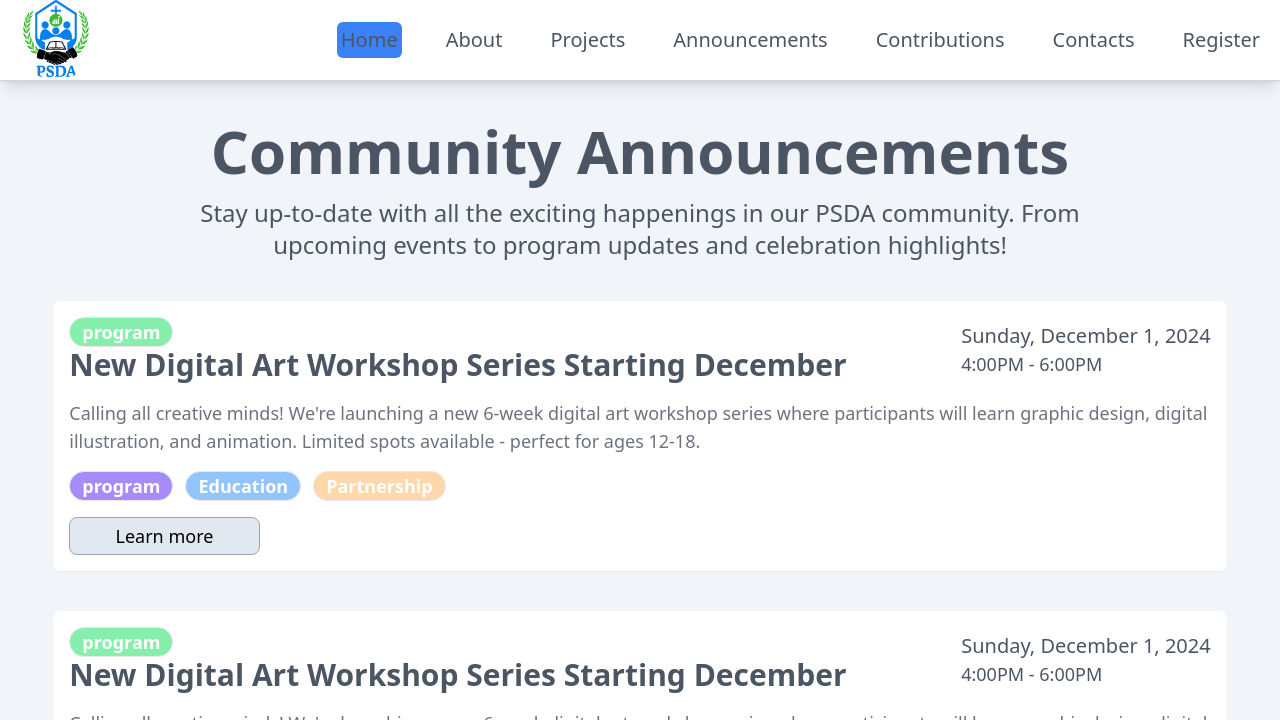
Repository: Zedestar/psda
Page: /announcements
These files come from the project's save history. The page is drawn as it stood at one moment and after the next save; the edit follows.
The browser window is 1280 px wide. The pictures show the whole page.
An inner scrolling area shows only its first screen. The project was rebuilt for these pictures with package versions that can differ from the ones it lists, and the page was loaded fresh each time. Also part of the build but not shown: src/components/cards/primary-card.jsx, src/components/cards/two-lines-card.jsx, src/components/homepic/index.jsx, src/pages/home/what-we-do.js, src/pages/home/home.jsx, src/components/cards/leaders-card.jsx, src/components/cards/secondary-card.jsx, src/pages/about/about-us-data.js and 13 more.

Above is the page before, as saved 2025-07-21 20:03:01.

### public/index.html
<!DOCTYPE html>
<html lang="en">
  <head>
    <meta charset="utf-8" />
    <link rel="icon" href="%PUBLIC_URL%/favicon.ico" />
    <meta name="viewport" content="width=device-width, initial-scale=1" />
    <meta name="theme-color" content="#000000" />
    <meta
      name="description"
      content="Web site created using create-react-app"
    />
    <!-- <link rel="apple-touch-icon" href="%PUBLIC_URL%/psdaImage.png" /> -->
    <!-- <link rel="manifest" href="%PUBLIC_URL%/manifest.json" /> -->

    <title>psda</title>
  </head>
  <body>
    <noscript>You need to enable JavaScript to run this app.</noscript>
    <div id="root"></div>

  </body>
</html>

### src/index.js
import React from "react";
import ReactDOM from "react-dom/client";
import App from "./App";
import "./index.css";
import { BrowserRouter } from "react-router-dom";

const root = ReactDOM.createRoot(document.getElementById("root"));
root.render(
  <BrowserRouter>
    <React.StrictMode>
      <App />
    </React.StrictMode>
  </BrowserRouter>
);

### src/App.js
import { Route, Routes } from "react-router-dom";
import Header from "./components/header/header";
import Home from "./pages/home/home";
import AboutPage from "./pages/about/about";
import Projects from "./pages/projects/projects";
import Announcements from "./pages/announcements/announcements";
import Contributions from "./pages/contirbutions/contributions";
import Contacts from "./pages/contacts/contacts";
import Register from "./pages/register/register.jsx";

function App() {
  return (
    <div className="flex flex-col items-center flex-center h-screen  bg-slate-100">
      <Header />
      <Routes>
        <Route path="/" element={<Home />} />
        <Route path="/about" element={<AboutPage />} />
        <Route path="/projects" element={<Projects />} />
        <Route path="/announcements" element={<Announcements />} />
        <Route path="/contributions" element={<Contributions />} />
        <Route path="/contact" element={<Contacts />} />
        <Route path="/register" element={<Register />} />
      </Routes>
    </div>
  );
}

export default App;

### src/components/header/header.jsx
import { useState } from "react";
import headerData from "./header-data";
import HeaderItem from "./header-item";
import psdaImage from "../../assets/images/psdaImage.png";

function Header() {
  const [active, setActive] = useState(1);
  return (
    <div className="w-full flex justify-center shadow-lg bg-white">
      <header className="w-full flex items-center justify-between px-4  border-b border-b-gray-300 max-w-screen-2xl">
        <div className="text-3xl rounded-full overflow-hidden">
          <img className="h-20 w-20" src={psdaImage} alt="" />
        </div>{" "}
        <ul className="hidden lg:flex justify-center py-5 space-x-10 flex-center">
          {headerData.map((item) => (
            <HeaderItem
              key={item.id}
              item={item}
              active={active}
              setActive={setActive}
            />
          ))}
        </ul>
        <ul className="lg:hidden">
          <li>miaaa</li>
          <li>miaaa</li>
          <li>miaaa</li>
          <li>miaaa</li>
          <li>miaaa</li>
        </ul>
      </header>
    </div>
  );
}

export default Header;

### src/pages/announcements/announcements.jsx
import Container from "../../components/container";
import MinContainer from "../../components/min-container/min-container.jsx";
import MinContianerInsideContent from "../../components/min-container/min-container-inside-content.jsx";
import announcements_face_card_data from "./announcemntes.-face-card-data.js";
import stay_updated_content_data from "./stay-updated-content-data.js";
import FaceCard from "../../components/cards/face-card";
import FullRoundedButton from "../../components/button/full-rounded-button.jsx";
import AnnouncementCard from "../../components/cards/announcement-card.jsx";

function Announcements() {
  return (
    <Container>
      {announcements_face_card_data.map((item) => (
        <FaceCard item={item} />
      ))}
      <AnnouncementCard />
      <AnnouncementCard />
      <AnnouncementCard />
      <AnnouncementCard />
      <MinContainer>
        {stay_updated_content_data.map((item) => (
          <FaceCard item={item} />
        ))}
        <MinContianerInsideContent>
          <form className="flex">
            <input
              className="rounded-full border-2 border-gray-400 text-xl flex items-center justify-center active:border-blue-400 "
              placeholder="Enter your email"
            />
            <FullRoundedButton text={"Subscribe"} />
          </form>
        </MinContianerInsideContent>
      </MinContainer>
    </Container>
  );
}

export default Announcements;

### src/components/header/header-data.js
const headerData = [
  {
    id: 1,
    content: "Home",
    link: "/",
  },
  {
    id: 2,
    content: "About",
    link: "/about",
  },
  {
    id: 3,
    content: "Projects",
    link: "/projects",
  },
  {
    id: 4,
    content: "Announcements",
    link: "/announcements",
  },
  {
    id: 5,
    content: "Contributions",
    link: "/contributions",
  },
  {
    id: 6,
    content: "Contacts",
    link: "/contact",
  },
  {
    id: 7,
    content: "Register",
    link: "/register",
  },
];

export default headerData;

### src/components/header/header-item.jsx
import { Link } from "react-router-dom";

function HeaderItem({ item, active, setActive }) {
  console.log(active);
  return (
    <li
      className={`p-1 rounded-md text-xl text-gray-600 font-gray-100 hover:bg-gray-200 transition cursor-pointer ${
        item.id === active ? "bg-blue-500" : ""
      }`}
      onClick={() => setActive(item.id)}
    >
      <Link to={item.link}>{item.content}</Link>
    </li>
  );
}

export default HeaderItem;

### src/pages/home/psda-highlights.js
import {
  FaUsers,
  FaPalette,
  FaLaptopCode,
  //   GiProgression,
  FaChild,
} from "react-icons/fa";

const psdaHighlights = [
  {
    id: 1,
    title: "Community Building",
    content:
      "We connect young people to form lasting friendships and supportive peer networks that strengthen communities.",
    icon: <FaUsers className="text-4xl text-blue-400" />,
    color: "bg-blue-50",
    text_color: "text-gray-500",
  },
  {
    id: 2,
    title: "Creative Projects",
    content:
      "Our programs encourage hands-on learning through art, technology, and community improvement initiatives.",
    icon: <FaPalette className="text-4xl text-blue-400" />,
    color: "bg-blue-50",
    text_color: "text-gray-500",
  },
  {
    id: 3,
    title: "Character Development",
    content:
      "We help children build confidence, leadership skills, and positive values that prepare them for life’s challenges.",
    icon: <FaLaptopCode className="text-4xl text-blue-400" />,
    color: "bg-blue-50",
    text_color: "text-gray-500",
  },
  {
    id: 4,
    title: "Achievement Recognition",
    content:
      "We celebrate every milestone and accomplishment to inspire pride, motivation, and continued growth.",
    icon: <FaChild className="text-4xl text-blue-400" />,
    color: "bg-blue-50",
    text_color: "text-gray-500",
  },
];

export default psdaHighlights;

### src/components/button/full-rounded-button.jsx
function FullRoundedButton({ text, bgColor, textColor, onClick }) {
  return (
    <button
      className={`${bgColor} p-4 mx-4 ${textColor} text-2xl border border-gray-50 rounded-full hover:scale-105 transition duration:300`}
      onClick={onClick}
    >
      {text}{" "}
    </button>
  );
}

export default FullRoundedButton;

### src/components/cards/face-card.jsx
function FaceCard({ item }) {
  return (
    <div className="space-y-4 flex flex-col items-center justify-center">
      <p className="text-6xl w-[80%] font-bold text-gray-600 text-center">
        {item.title}
      </p>
      <p className="text-2xl w-[70%] text-center text-gray-600">
        {item.description}
      </p>
    </div>
  );
}

export default FaceCard;

### src/components/container/index.jsx
function Container({ children }) {
  return (
    <div className="w-full h-full flex justify-center overflow-x-scroll">
      <div className="w-full h-full py-10 space-y-10 max-w-screen-2xl flex flex-col items-center">
        {children}
      </div>
    </div>
  );
}

export default Container;

### src/pages/about/core-objective-goals-data.js
import {
  AiOutlineTeam,
  AiOutlineBulb,
  AiOutlineTool,
  AiOutlineStar,
  AiOutlineGift,
} from "react-icons/ai";

const core_objectives_data = [
  {
    id: 1,
    title: "Fellowship and Networking",
    content:
      "To foster strong, lasting relationships among pastors' children by encouraging unity, love, and mutual support within the community.",
    icon: <AiOutlineTeam className="text-4xl text-teal-500" />,
    color: "bg-teal-50",
    text_color: "text-teal-500",
  },
  {
    id: 2,
    title: "Opportunity Awareness",
    content:
      "To actively seek out and share opportunities for growth, development, and advancement—both spiritually and economically.",
    icon: <AiOutlineBulb className="text-4xl text-purple-500" />,
    color: "bg-purple-50",
    text_color: "text-purple-500",
  },
  {
    id: 3,
    title: "Problem Solving",
    content:
      "To openly discuss and confront common challenges we face as a community, and work hand in hand to find sustainable solutions.",
    icon: <AiOutlineTool className="text-4xl text-yellow-500" />,
    color: "bg-yellow-50",
    text_color: "text-yellow-500",
  },
  {
    id: 4,
    title: "Talent Discovery & Development",
    content:
      "To identify, nurture, and empower the God-given talents within us, enabling every member to reach their full potential.",
    icon: <AiOutlineStar className="text-4xl text-pink-500" />,
    color: "bg-pink-50",
    text_color: "text-pink-500",
  },
  {
    id: 5,
    title: "Support for Our Parents",
    content:
      "To express gratitude and honor our pastoral parents by supporting them in practical ways—spiritually, emotionally, and materially.",
    icon: <AiOutlineGift className="text-4xl text-red-500" />,
    color: "bg-red-50",
    text_color: "text-red-500",
  },
];

export default core_objectives_data;

### src/pages/about/mission-vission-impact.js
import { AiOutlineAim, AiOutlineEye, AiOutlineHeart } from "react-icons/ai";

const mission_vission_impact_data = [
  {
    id: 1,
    title: "Our mission",
    content:
      "We envision a generation of spiritually grounded, socially responsible, and purpose-driven leaders from pastoral families who carry forward a legacy of faith, compassion, and community influence.",

    icon: <AiOutlineAim className="text-4xl text-green-500" />,
    color: "bg-green-50",
    text_color: "text-green-500",
  },
  {
    id: 2,
    title: "Our vision",
    content:
      "We exist to empower pastors’ children through mentorship, discipleship, skill-building, and fellowship—equipping them to thrive in every area of life and fulfill their divine calling.",
    icon: <AiOutlineEye className="text-4xl text-blue-500" />,
    color: "bg-blue-50",
    text_color: "text-blue-500",
  },
  {
    id: 3,
    title: "Our impact",
    content:
      "Through impactful programs and community-building initiatives, P.S.D.A. is restoring identity, building leadership, and inspiring pastors’ children to walk boldly in purpose while honoring their heritage.",
    icon: <AiOutlineHeart className="text-4xl text-orange-400" />,
    color: "bg-orange-50",
    text_color: "text-orange-500",
  },
];

export default mission_vission_impact_data;

### src/components/min-container/min-container.jsx
function MinContaier({ children }) {
  return (
    <div className="bg-slate-200 py-8 rounded-lg space-y-4 hover:shadow-xl border border-gray-300 transition">
      {children}
    </div>
  );
}

export default MinContaier;

### src/components/min-container/min-container-inside-content.jsx
function MinContianerInsideContent({ children }) {
  return (
    <div className="flex items-center justify-center my-2">{children}</div>
  );
}

export default MinContianerInsideContent;

### src/pages/announcements/announcemntes.-face-card-data.js
const announcements_face_card_data = [
  {
    title: "Community Announcements",
    description:
      "Stay up-to-date with all the exciting happenings in our PSDA community. From upcoming events to program updates and celebration highlights!",
  },
];

export default announcements_face_card_data;

### src/pages/announcements/stay-updated-content-data.js
const stay_updated_content_data = [
  {
    title: "Stay in the Loop!",
    description:
      "Never miss an important announcement. Subscribe to our newsletter for weekly updates and exclusive community insights delivered right to your inbox.",
  },
];

export default stay_updated_content_data;

### src/components/cards/announcement-card.jsx
function AnnouncementCard() {
  const instensity = [100, 200, 50, 500, 300, 400, 600, 700, 800, 900];
  const colors = ["rose", "green", "blue", "orange", "violent"];

  return (
    <div className="flex flex-col bg-white mx-4 p-4 rounded-lg shadow-sm hover:shadow-lg hover:scale-105 transition w-11/12 space-y-4">
      <div className="flex items-center justify-between space-x-2  ">
        <div>
          <p className="bg-green-300 text-lg font-semibold border border-gray-200 px-3 w-fit flex items-center justify-center rounded-full text-white">
            program
          </p>
          <p className="text-3xl font-bold text-gray-600">
            New Digital Art Workshop Series Starting December
          </p>
        </div>
        <div>
          <p className="text-xl text-gray-600">Sunday, December 1, 2024</p>
          <p className="text-lg text-gray-600">4:00PM - 6:00PM</p>
        </div>
      </div>
      <div>
        <p className="text-lg text-gray-500">
          Calling all creative minds! We're launching a new 6-week digital art
          workshop series where participants will learn graphic design, digital
          illustration, and animation. Limited spots available - perfect for
          ages 12-18.
        </p>
      </div>
      <div className="flex space-x-3">
        <p
          className={`bg-violet-400 text-lg font-semibold border border-gray-200 px-3  flex items-center justify-center rounded-full text-white`}
        >
          program
        </p>
        <p className="bg-blue-300 text-lg font-semibold border border-gray-200 px-3 flex items-center justify-center rounded-full text-white">
          Education
        </p>
        <p className="bg-orange-200 text-lg font-semibold border border-gray-200 px-3 flex items-center justify-center rounded-full text-white">
          Partnership
        </p>
      </div>
      <button className="w-2/12 py-1 rounded-lg text-lg bg-slate-200 hover:bg-blue-400 transition border border-gray-400">
        Learn more{" "}
      </button>
    </div>
  );
}

export default AnnouncementCard;

### tailwind.config.js
/** @type {import('tailwindcss').Config} */
module.exports = {
  content: ["./src/**/*.{js,jsx,ts,tsx}"],
  theme: {
    extend: {
      colors: {
        psdaGreen: "#1A8F57",
      },
    },
  },
  plugins: [],
};

Loaded but not shown: src/index.css (common file); src/components/homepic/index.css (no stored copy; drawn as an empty file)

After the next save:
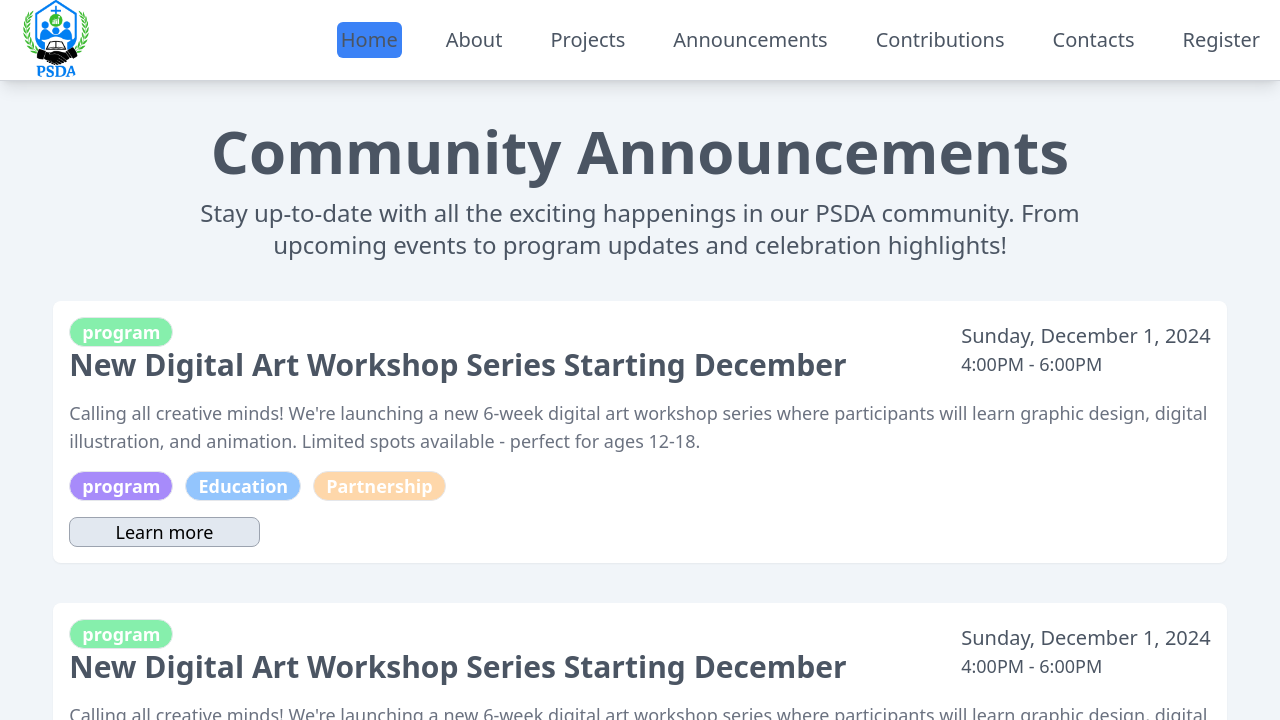
Saved 32 s later.
--- a/src/components/cards/announcement-card.jsx
+++ b/src/components/cards/announcement-card.jsx
@@ -39,7 +39,7 @@ function AnnouncementCard() {
           Partnership
         </p>
       </div>
-      <button className="w-2/12 py-1 rounded-lg text-lg bg-slate-200 hover:bg-blue-400 transition border border-gray-400">
+      <button className="w-2/12  rounded-lg text-lg bg-slate-200 hover:bg-blue-400 transition border border-gray-400">
         Learn more{" "}
       </button>
     </div>
